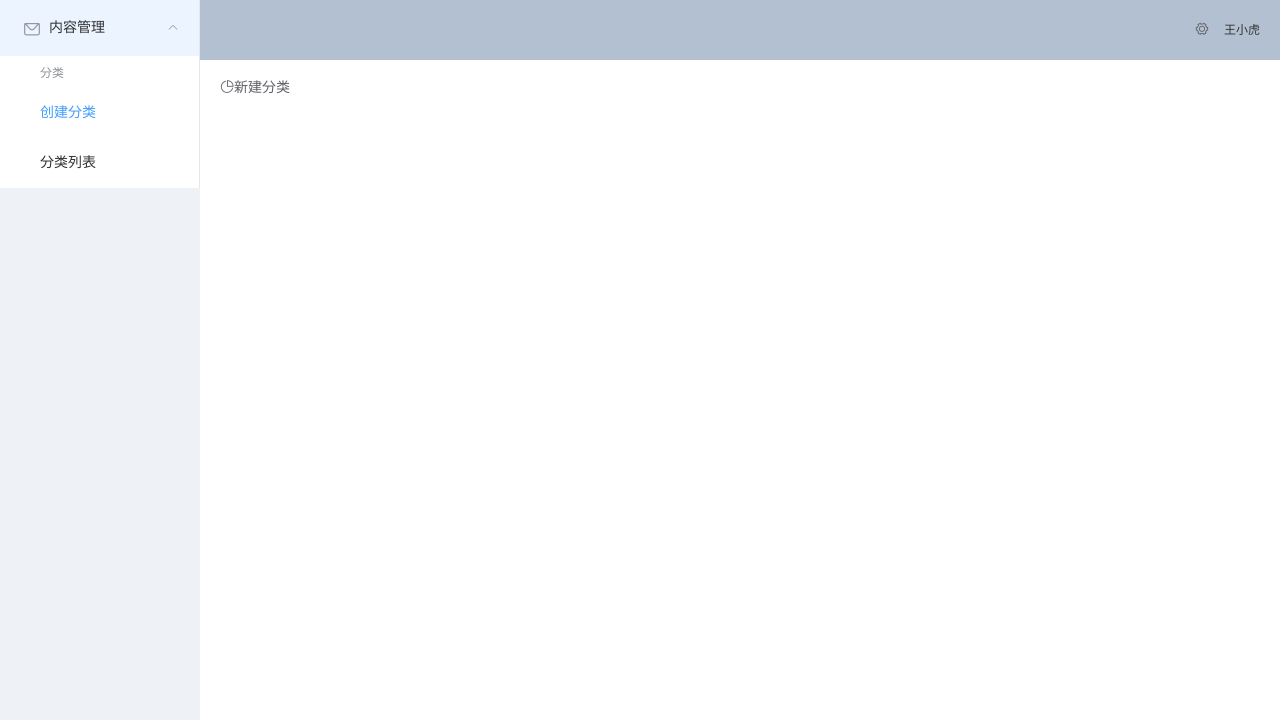
Repository: 2648121127/nodeStudy
Page: /categories/create (app in node-vue-rongyao/admin/)
An editor plug-in stored every save of this project. The page is shown before and after the next save, followed by the edit.
The browser window is 1280 px wide. The pictures show the whole page.
The project was rebuilt for these pictures with package versions that can differ from the ones it lists, and the page was loaded fresh each time.

Above is the page before, as saved 2020-01-03 16:07:22.

### node-vue-rongyao/admin/src/main.js
import Vue from 'vue'
import App from './App.vue'
import router from './router'
import store from './store'
import './plugins/element.js'

Vue.config.productionTip = false

new Vue({
    router,
    store,
    render: h => h(App)
}).$mount('#app')

### node-vue-rongyao/admin/src/App.vue
<template>
  <div id="app">
    <router-view/>
  </div>
</template>

<script>

export default {
  name: 'app',
  components: {

  }
}
</script>

<style>
html,body{
  margin:0;
  pading:0;
}
</style>

### node-vue-rongyao/admin/src/router/index.js
import Vue from 'vue'
import VueRouter from 'vue-router'
// import Home from '../views/Home.vue'
import Main from '../views/Main.vue'
import CategoryEdit from '../views/CategoryEdit.vue'

Vue.use(VueRouter)

const routes = [{
        path: '/',
        name: 'main',
        component: Main,
        children:[
            {
                path: '/categories/create',component:CategoryEdit
            }
        ]
    }
]

const router = new VueRouter({
    mode: 'history',
    base: process.env.BASE_URL,
    routes
})

export default router

### node-vue-rongyao/admin/src/views/Main.vue
<template>
  <el-container style="height: 100vh;">
    <el-aside width="200px" style="background-color: rgb(238, 241, 246)">
      <el-menu router :default-openeds="['1', '3']" :default-active="$route.path">
        <el-submenu index="1">
          <template slot="title"><i class="el-icon-message"></i>内容管理</template>
          <el-menu-item-group>
            <template slot="title">分类</template>
            <el-menu-item index="/categories/create">创建分类</el-menu-item>
            <el-menu-item index="/categories/list">分类列表</el-menu-item>
          </el-menu-item-group>
        </el-submenu>
      </el-menu>
    </el-aside>

    <el-container>
      <el-header style="text-align: right; font-size: 12px">
        <el-dropdown>
          <i class="el-icon-setting" style="margin-right: 15px"></i>
          <el-dropdown-menu slot="dropdown">
            <el-dropdown-item>查看</el-dropdown-item>
            <el-dropdown-item>新增</el-dropdown-item>
            <el-dropdown-item>删除</el-dropdown-item>
          </el-dropdown-menu>
        </el-dropdown>
        <span>王小虎</span>
      </el-header>

      <el-main>
          <router-view></router-view>
      </el-main>
    </el-container>
  </el-container>
</template>

<style>
  .el-header {
    background-color: #B3C0D1;
    color: #333;
    line-height: 60px;
  }

  .el-aside {
    color: #333;
  }
</style>

<script>
  export default {
    data() {
      const item = {
        date: '2016-05-02',
        name: '王小虎',
        address: '上海市普陀区金沙江路 1518 弄'
      };
      return {
        tableData: Array(20).fill(item)
      }
    },
    // computed: {
    //   onRoutes() {
    //     return this.$route.path.replace('/', '');
    //   }
    // }
  };
</script>

### node-vue-rongyao/admin/src/views/CategoryEdit.vue
<template>
    <div>
        <div class="crumbs">
            <el-breadcrumb separator="/">
                <el-breadcrumb-item><i class="el-icon-pie-chart"></i>新建分类</el-breadcrumb-item>
            </el-breadcrumb>
        </div>
    </div>
</template>

Loaded but not shown: node-vue-rongyao/admin/public/index.html (common file); node-vue-rongyao/admin/src/store/index.js (common file); node-vue-rongyao/admin/src/plugins/element.js (common file)

After the next save:
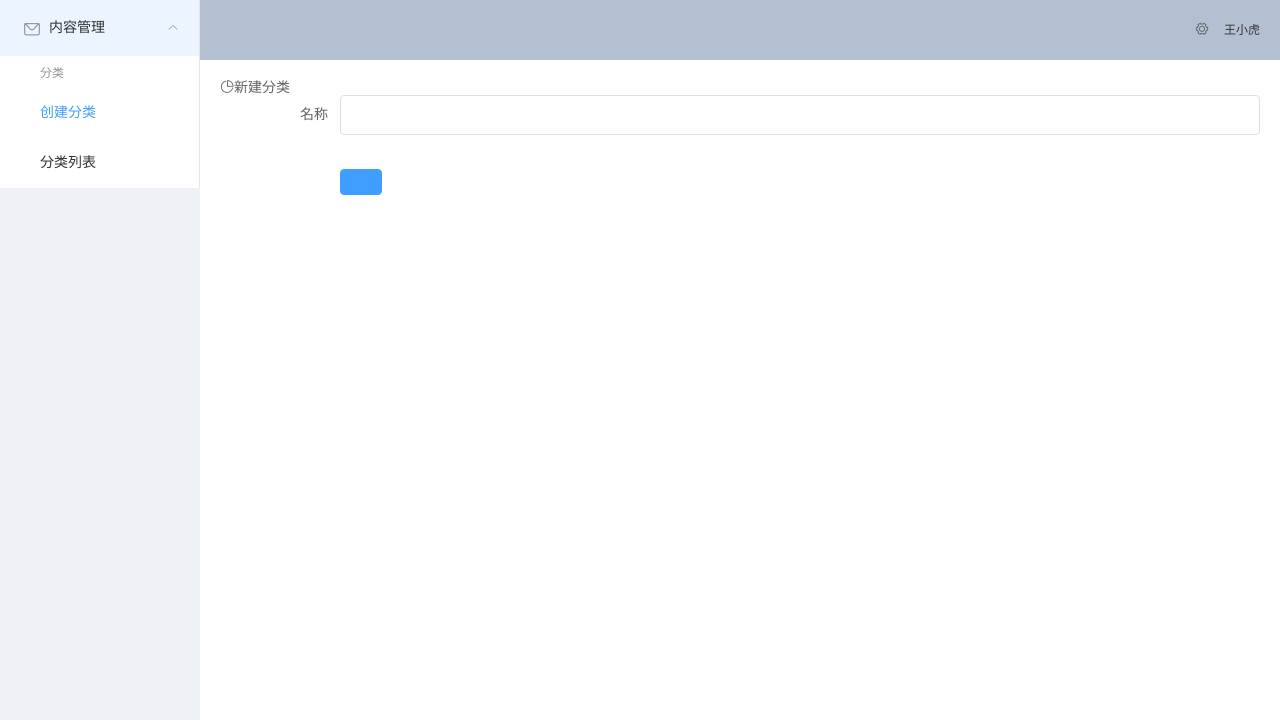
Saved 6 min 13 s later.
--- a/node-vue-rongyao/admin/src/views/CategoryEdit.vue
+++ b/node-vue-rongyao/admin/src/views/CategoryEdit.vue
@@ -5,5 +5,15 @@
                 <el-breadcrumb-item><i class="el-icon-pie-chart"></i>新建分类</el-breadcrumb-item>
             </el-breadcrumb>
         </div>
+        <div class="container">
+            <el-form label-width="120px">
+                <el-form-item label="名称">
+                    <el-input></el-input>
+                </el-form-item>
+                <el-form-item>
+                    <el-button type="primary" native-type="submit"></el-button>
+                </el-form-item>
+            </el-form>
+        </div>
     </div>
 </template>
